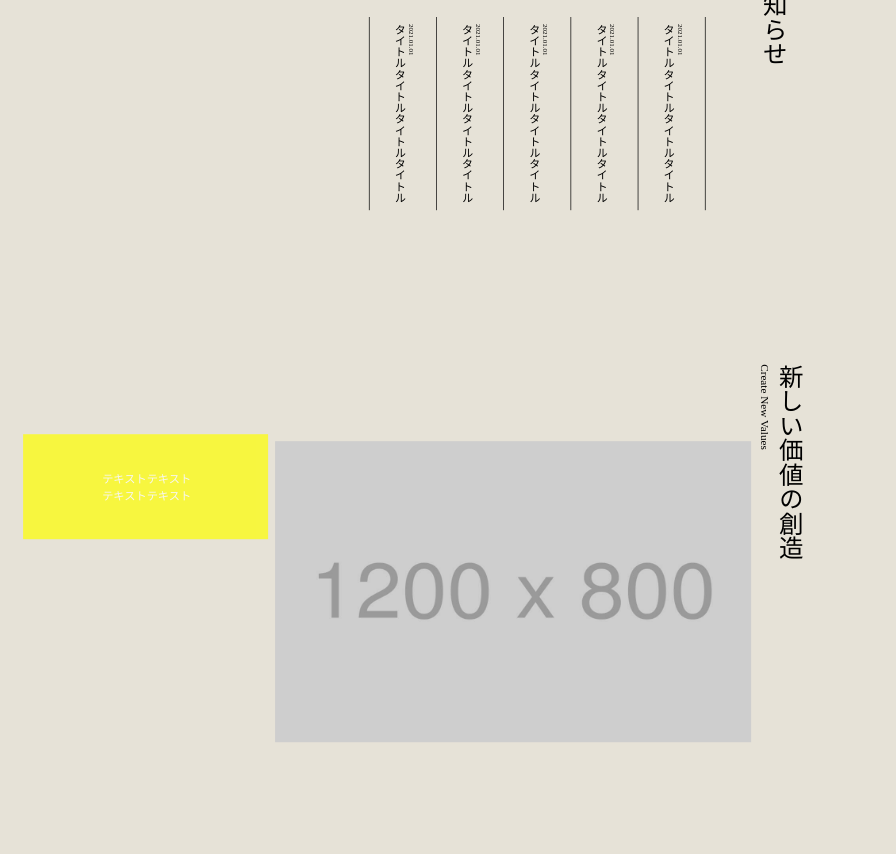
Repository: n19880405nick/challenge
Page: Codestep/Sousaku/sousaku.html
The author's editor kept a record of every edit. The page is drawn from the files as they stood at one moment, then again after the next edit.
The browser window is 1280 px wide. The pictures show the part of the page from y = 916 to 2836 px (the page is 2136 px tall before and 2836 px after), at 70% of full size.

Above is the page before.

After the next edit:
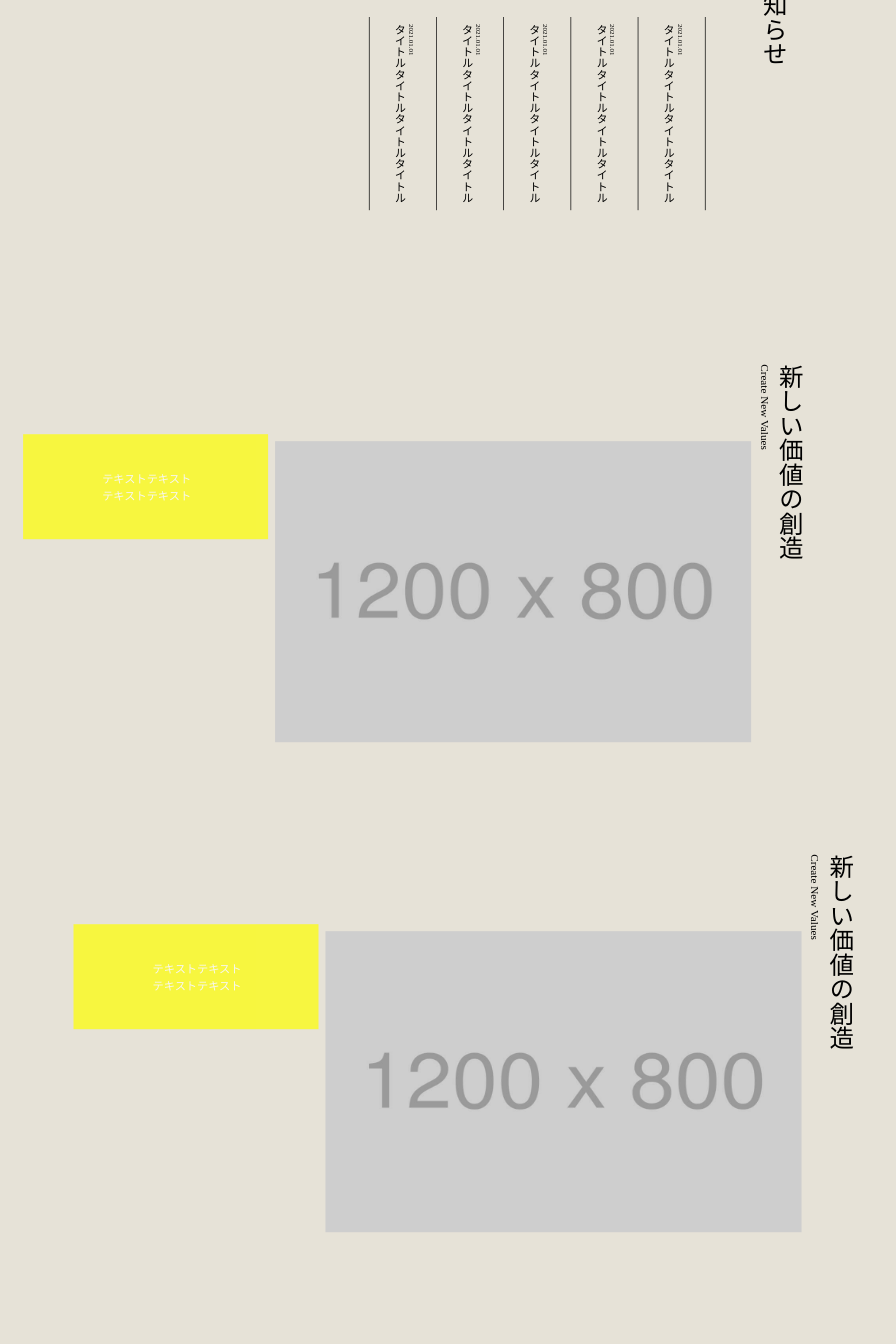
The edit:
--- a/Codestep/Sousaku/sousaku.html
+++ b/Codestep/Sousaku/sousaku.html
@@ -65,6 +65,17 @@
         </div>
       </div>
 
+      <div id="item2">
+        <p class="title">新しい価値の創造</p>
+        <span class="subtitle">Create New Values</p>
+        <div id="item-image">
+          <img class="item-image" src="img/products1.jpg">
+          <div class="item-text-frame">
+            <span class="item-text">テキストテキスト<br>テキストテキスト</span>
+          </div>
+        </div>
+      </div>
+
     </main>
     <footer></footer>
   </body>
